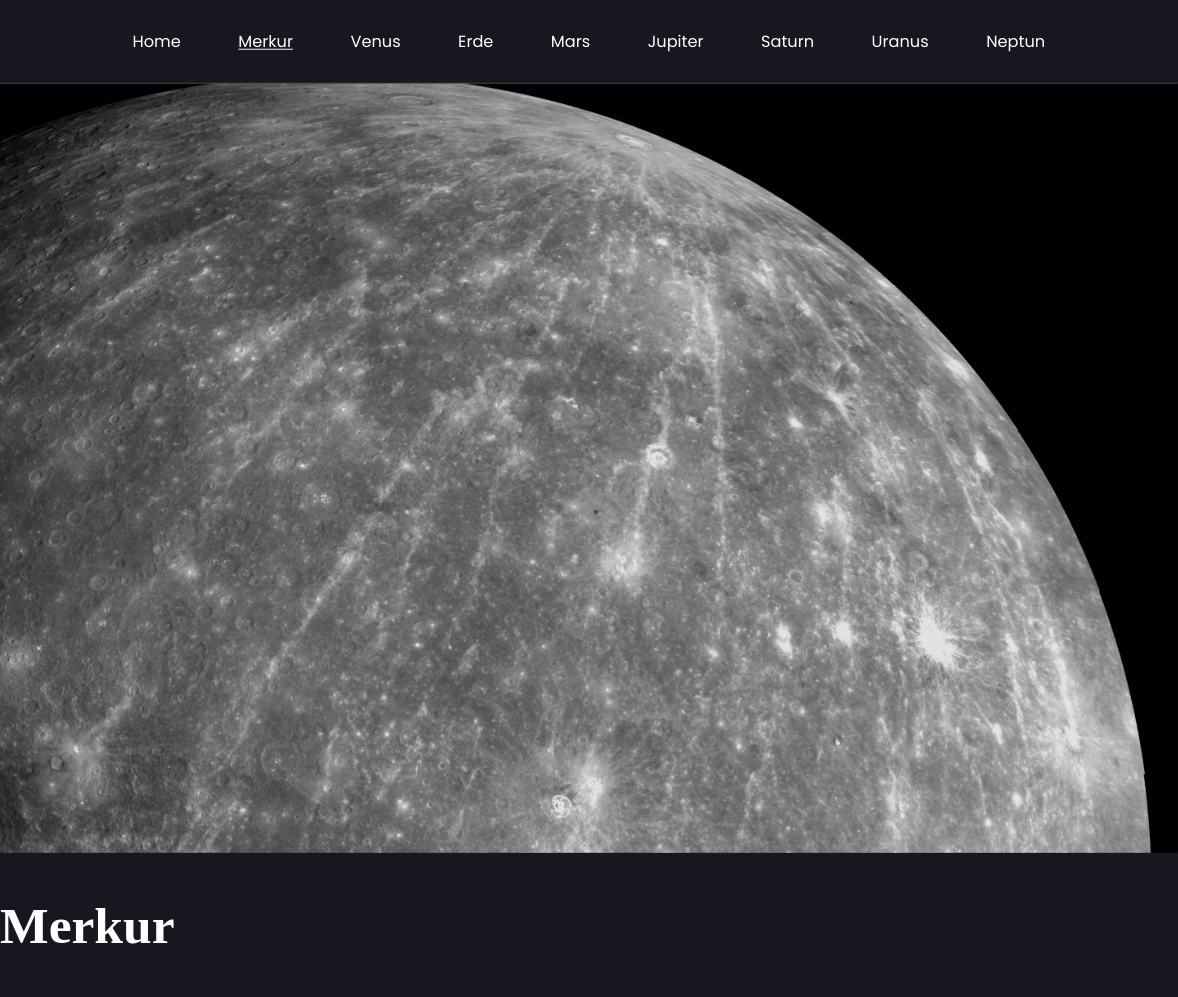
Repository: moreno-livak/solar
Page: dist/html/merkur.html
These files come from the project's save history. The page is drawn as it stood at one moment and after the next save; the edit follows.
The browser window is 1280 px wide. The pictures show the whole page, at 92% of full size.
The style sheet was rebuilt from its Sass, Less or Tailwind sources for each picture, by a compiler version that may differ from the author's.

Above is the page before, as saved 2022-05-07 12:40:39.
Console error: TypeError: Cannot read properties of null (reading 'getAttribute')

After the next save:
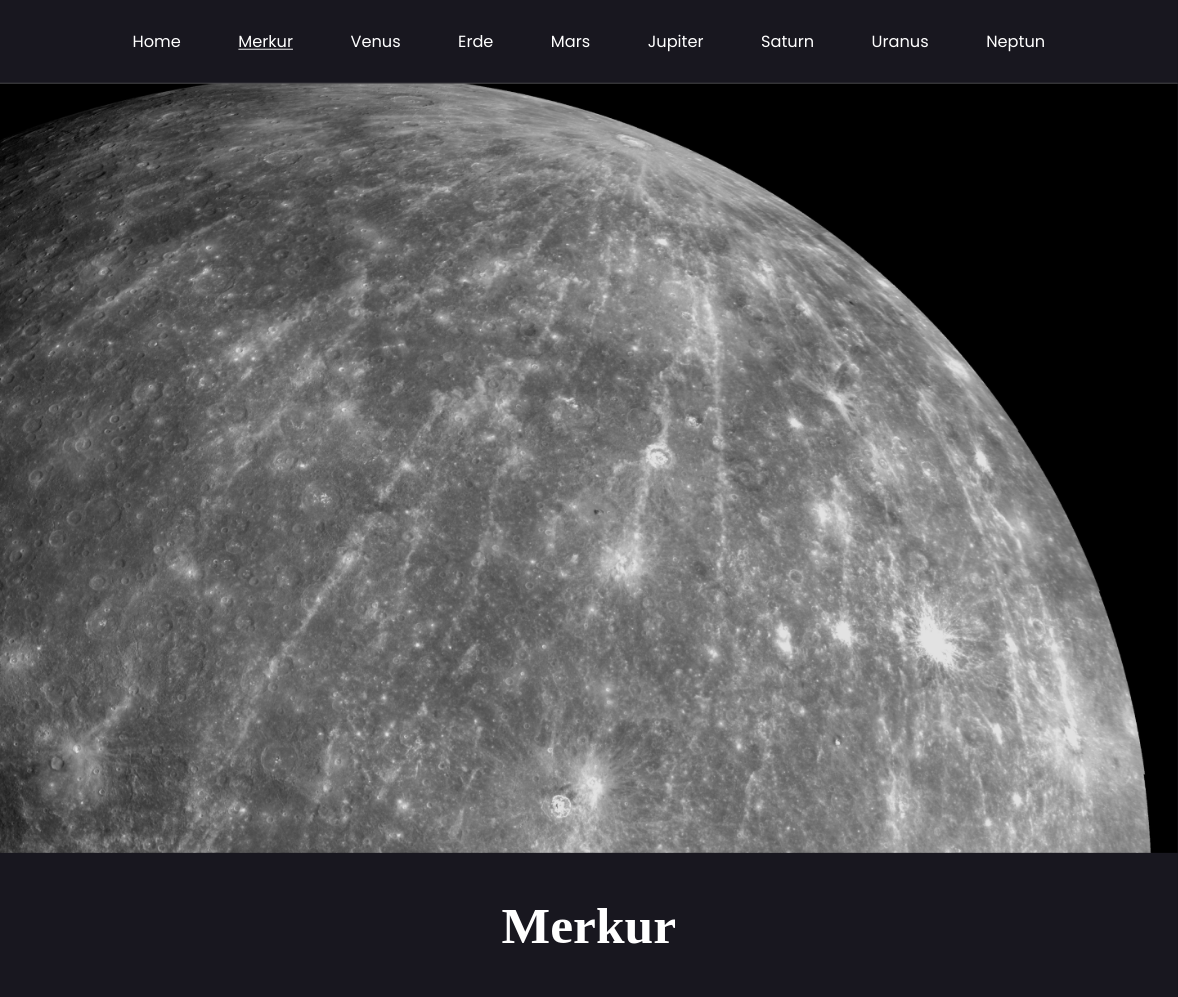
Saved 21 s later.
--- a/src/scss/home.scss
+++ b/src/scss/home.scss
@@ -502,8 +502,8 @@ div.sketchfab-embed-wrapper{
   }
 
   .header{
-      display: grid;
-
+    display: grid;
+    place-items: center;
     img{
       width: 100%
     }
